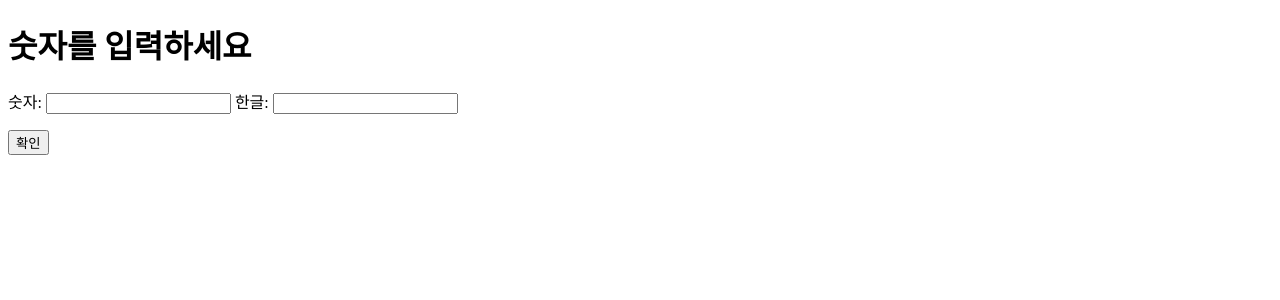
Repository: SongHyeSun/JSP
Page: jspSrc17/och02/src/main/webapp/add3.html
The author's editor kept a copy of each file at every save. The page is drawn from the files as they stood at one save, then again after the next save.
The browser window is 1280 px wide. The pictures show the whole page.

Above is the page before, as saved 2024-07-09 06:28:30.

After the next save:
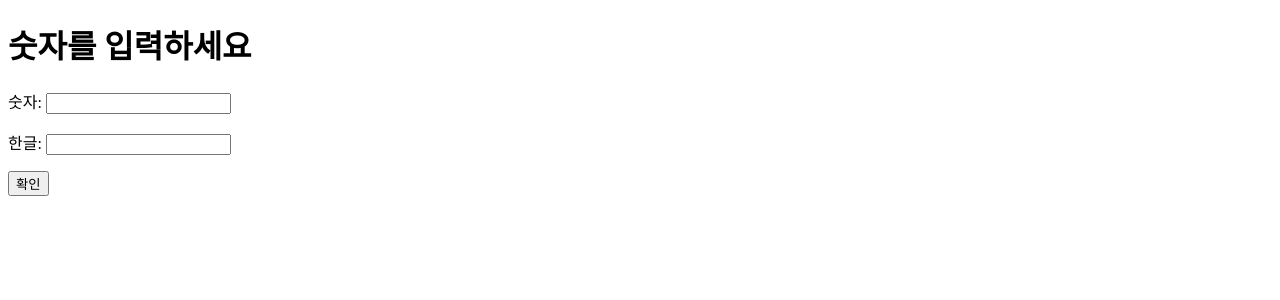
Saved 15 s later.
--- a/jspSrc17/och02/src/main/webapp/add3.html
+++ b/jspSrc17/och02/src/main/webapp/add3.html
@@ -25,7 +25,7 @@
 	<form action="Add3" name="frm"
 		method="post"
 		onsubmit="return chk()">
-		숫자: <input type="text" name="num">
+		숫자: <input type="text" name="num"><p>
 		한글: <input type="text" name="han">
 		<p>
 			<input type="submit" value="확인">
